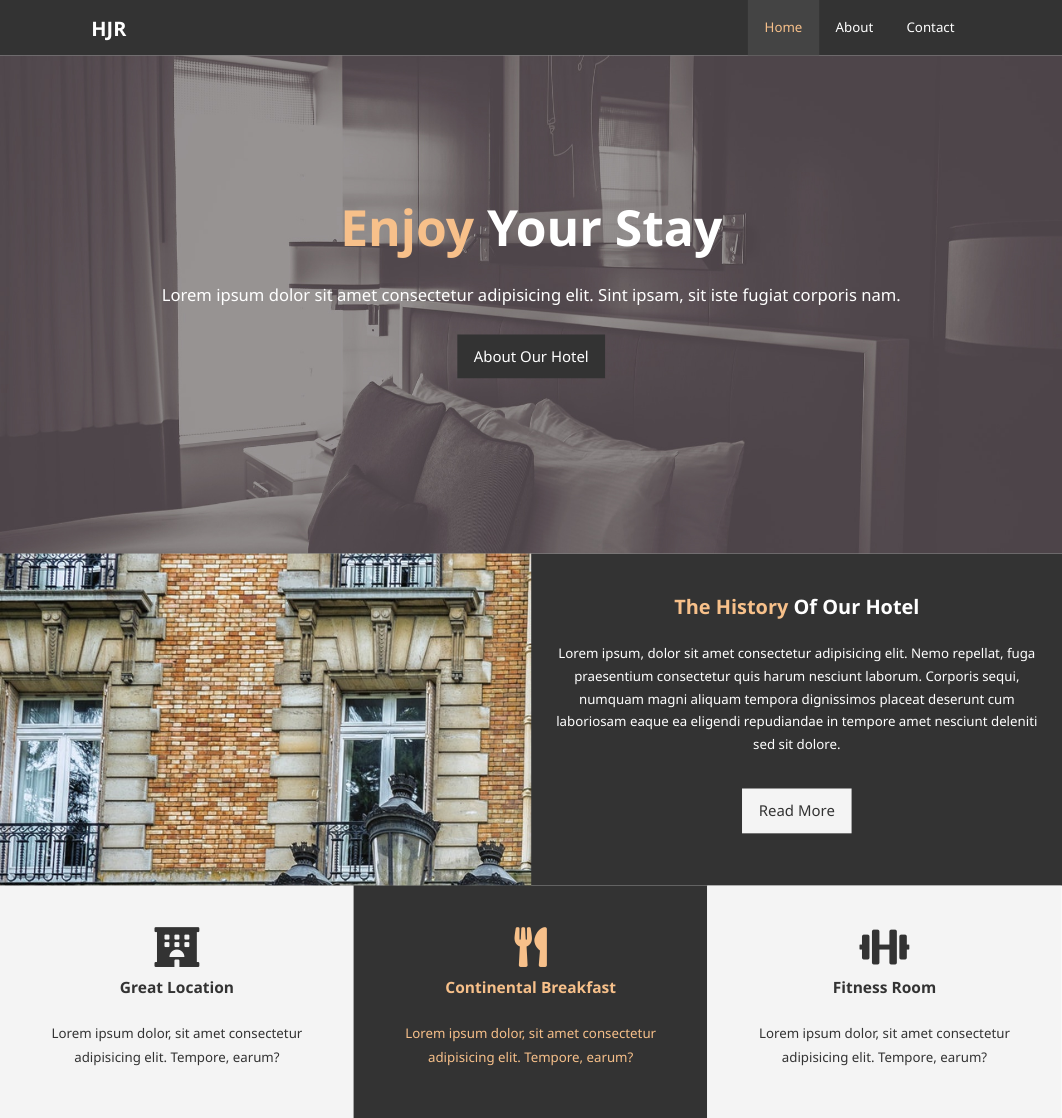
Repository: dimlutine/Hotel-Project
Page: index.html
The author's editor kept a copy of each file at every save. The page is drawn from the files as they stood at one save, then again after the next save.
The browser window is 1280 px wide. The pictures show the whole page, at 83% of full size.
Some web libraries are served in a nearby version.

Above is the page before, as saved 2019-07-05 22:35:37.

After the next save:
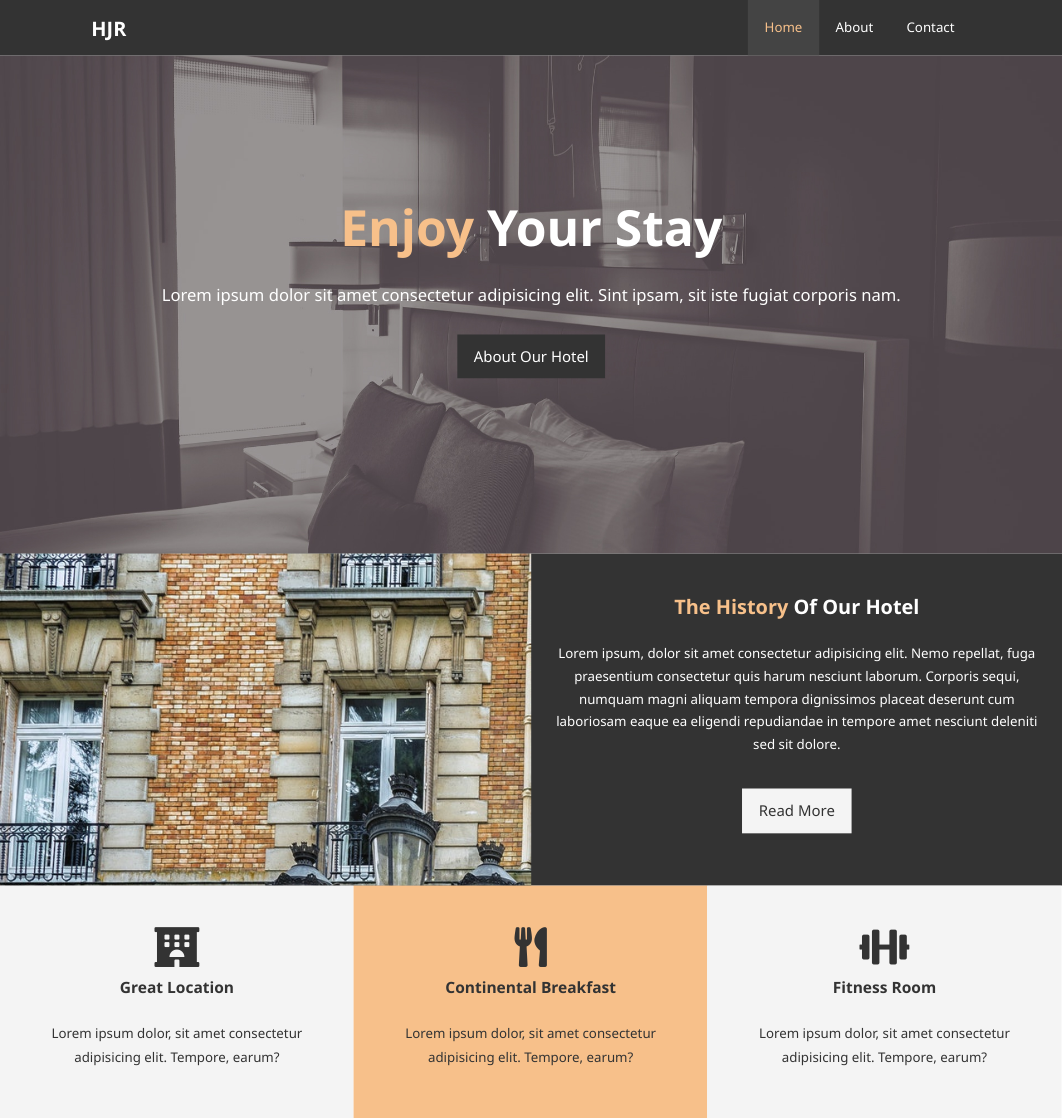
Saved 42 s later.
--- a/css/style.css
+++ b/css/style.css
@@ -74,8 +74,8 @@ p {
 }
 
 .bg-primary {
-    background: #333;
-    color: #f7c08a;
+    background: #f7c08a;
+    color: #333;
 }
 
 #navbar {
